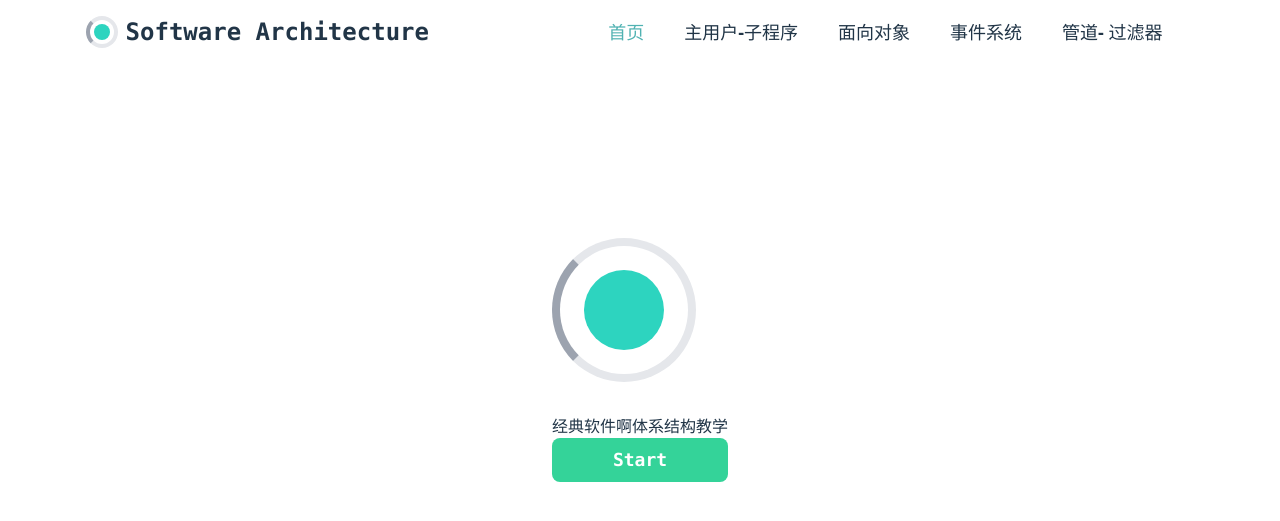
Repository: MarchRory/software_architecture_lab2
Page: / (app in lab2/)
These files come from the project's save history. The page is drawn as it stood at one moment and after the next save; the edit follows.
The browser window is 1280 px wide. The pictures show the whole page.
The project was rebuilt for these pictures with package versions that can differ from the ones it lists, and the page was loaded fresh each time. Also part of the build but not shown: lab2/vite.config.ts. Imported but missing from the stored project, and not drawn on this page: lab2/src/views/OOP/index.vue, lab2/src/views/PipFilter/index.vue, lab2/src/views/eventsSys/index.vue, lab2/src/views/mainChild/index.vue.

Above is the page before, as saved 2023-11-16 14:58:04.

After the next save:
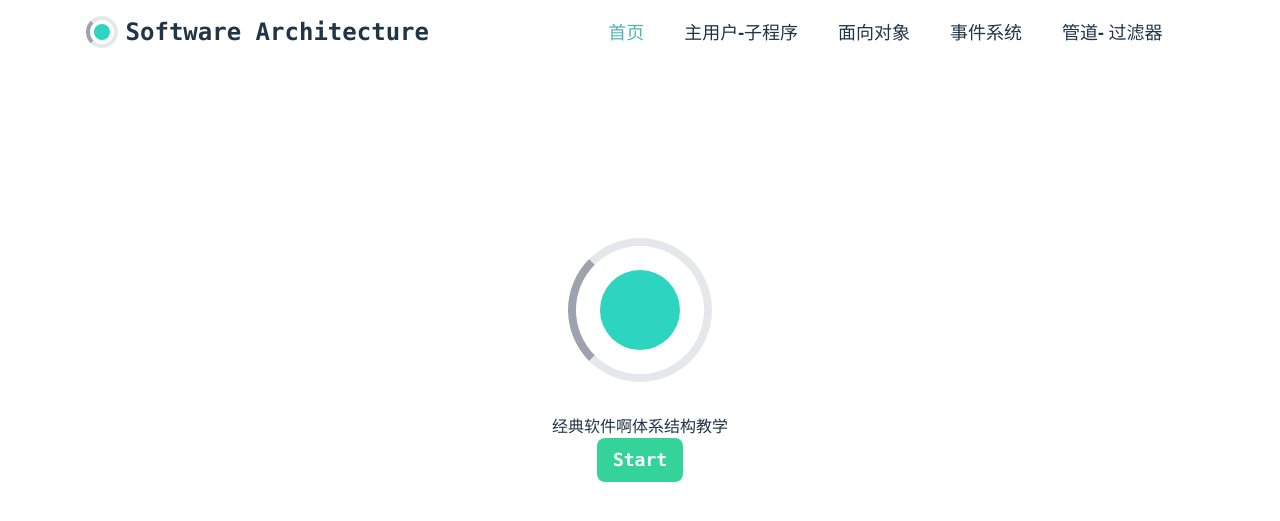
Saved 12 s later.
--- a/lab2/src/views/hello/index.vue
+++ b/lab2/src/views/hello/index.vue
@@ -11,7 +11,7 @@
 <template>
 	<div
 		style="position: absolute; left: 50%; top: 50%; transform: translate(-50%, -50%)"
-		class="flex flex-col justify-around h-fit"
+		class="flex flex-col items-center justify-around h-fit"
 	>
 		<div
 			class="flex items-center justify-center mb-8 border-8 rounded-full w-36 h-36 border-l-gray-400"
